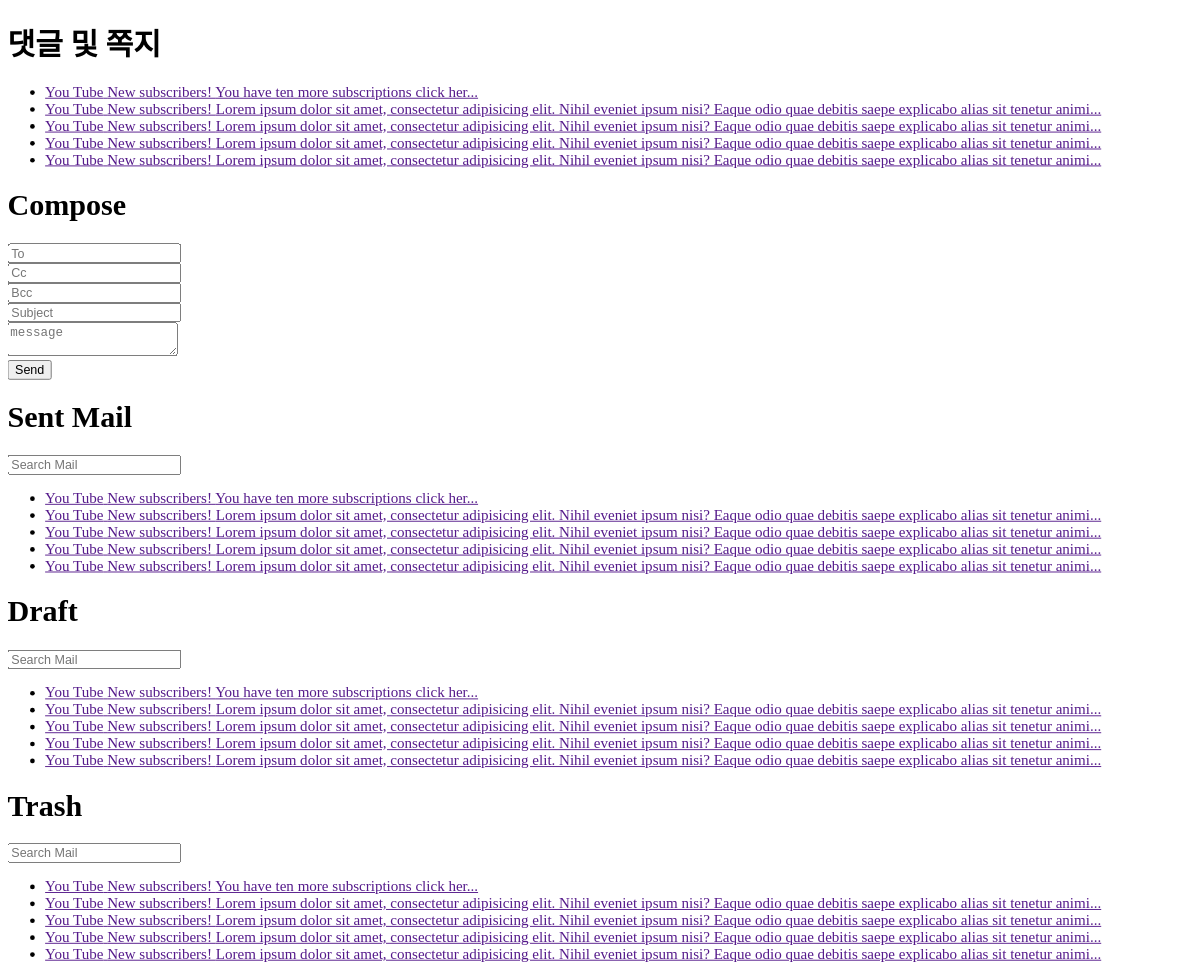
Repository: navang/JJAM_project
Page: http://localhost/jjam/WEB-INF/views/jjam_6_mypage_letter.jsp
The author's editor kept a copy of each file at every save. The page is drawn from the files as they stood at one save, then again after the next save.
The browser window is 1280 px wide. The pictures show the whole page, at 94% of full size.
The page is served by Tomcat 9. Nobody is signed in. The template is opened directly, without the code that normally fills it, so the values that code supplies are empty.

Above is the page before, as saved 2019-07-18 09:39:51.

After the next save:
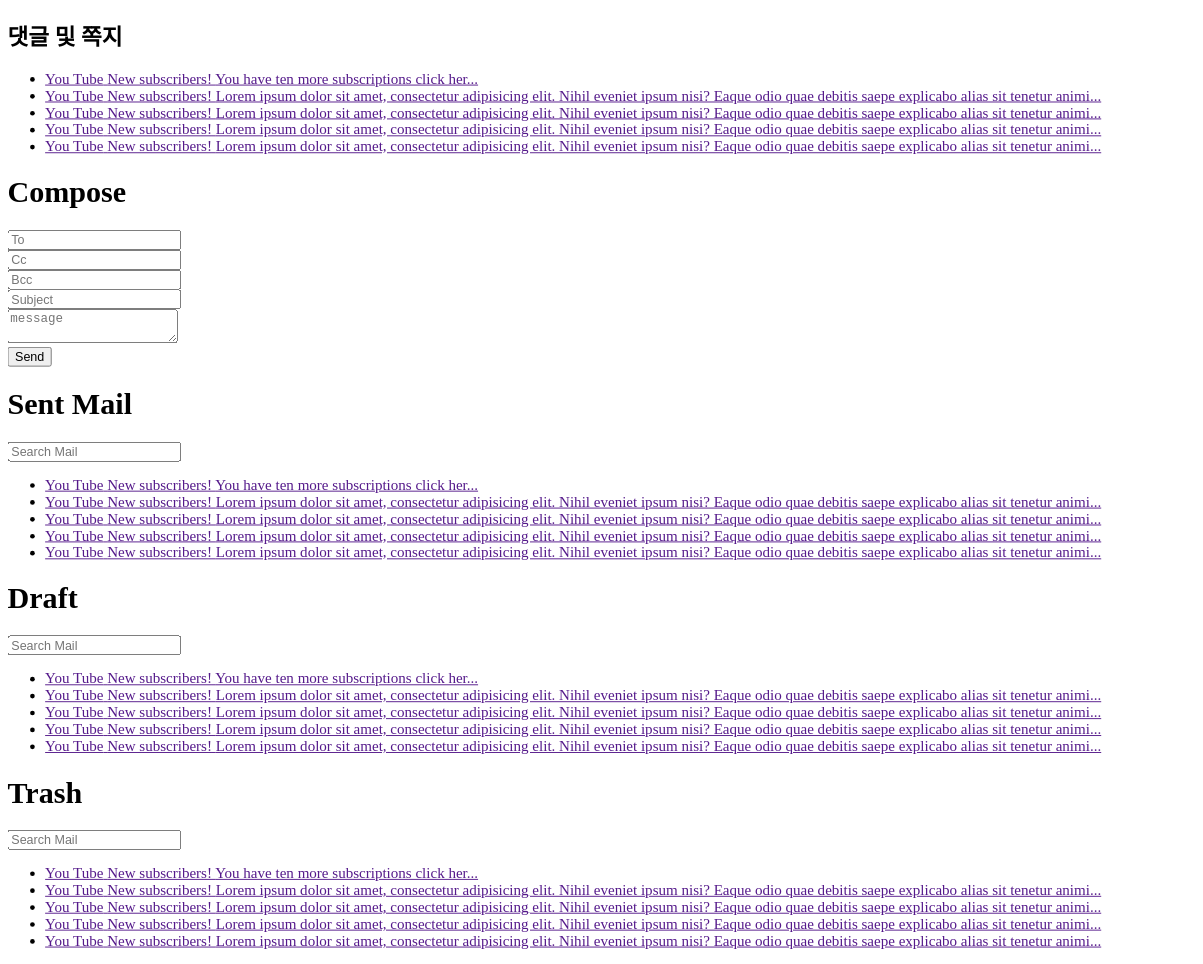
Saved 6 s later.
--- a/jjam/src/main/webapp/WEB-INF/views/jjam_6_mypage_letter.jsp
+++ b/jjam/src/main/webapp/WEB-INF/views/jjam_6_mypage_letter.jsp
@@ -9,7 +9,7 @@
 <body>
 
 <div>
-  <h1>댓글 및 쪽지</h1>
+  <h2 style="color:black;">댓글 및 쪽지</h1>
 
 <div class="tab-content">
     <div class="tab-pane active" id="inbox">
